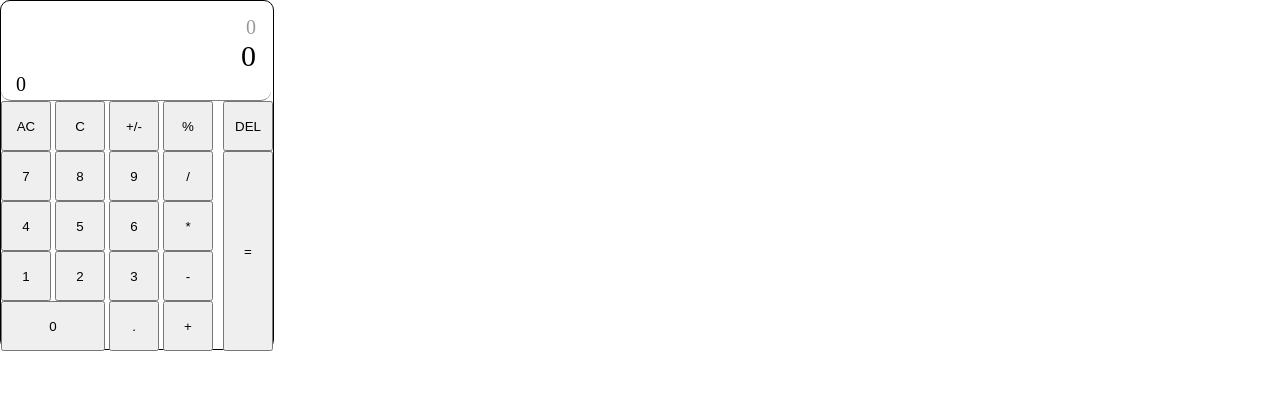
Repository: baziz22/Vanilla_JS_Projects
Page: claculator/index.html
These files come from the project's save history. The page is drawn as it stood at one moment and after the next save; the edit follows.
The browser window is 1280 px wide. The pictures show the whole page.

Above is the page before, as saved 2022-03-02 03:14:43.
Console error: SyntaxError: Malformed arrow function parameter list

### claculator/index.html
<!DOCTYPE html>
<html lang="en">
  <head>
    <meta charset="UTF-8" />
    <meta http-equiv="X-UA-Compatible" content="IE=edge" />
    <meta name="viewport" content="width=device-width, initial-scale=1.0" />
    <link rel="stylesheet" href="style.css" />
    <script src="script.js" defer></script>
    <title>Calculator</title>
  </head>
  <body>
    <div class="container">
      <div class="wrapper">
        <div id="display">
          <div id="equation">0</div>
          <div id="total">0</div>
          <div id="temp-result">0</div>
        </div>
        <div id="buttons">
          <div id="left-side">
            <button class="btn" all-clear>AC</button>
          <button class="btn" last-entity-clear>C</button>
          <button class="btn" operation>+/-</button>
          <button class="btn" operation>%</button>
          <button class="btn" number>7</button>
          <button class="btn" number>8</button>
          <button class="btn" number>9</button>
          <button class="btn" operation>/</button>
          <button class="btn" number>4</button>
          <button class="btn" number>5</button>
          <button class="btn" number>6</button>
          <button classs="btn" operation>*</button>
          <button class="btn" number>1</button>
          <button class="btn" number>2</button>
          <button class="btn" number>3</button>
          <button class="btn" operation">-</button>
          <button class="btn" number id="btn-0">0</button>
          <button class="btn" number dot>.</button>
          <button class="btn" operation>+</button>
          </div>

          <div id="right-side">
            <button class="btn" operation>DEL</button>
            <button class="btn" equal id="equals">=</button>
          </div>












        </div>
      </div>
    </div>
  </body>
</html>

### claculator/style.css
* {
  margin: 0;
  padding: 0;
  box-sizing: border-box;
}
.wrapper {
  border: 1px solid black;
  border-radius: 10px;
  width: 274px;
  height: 350px;
}
#buttons {
  display: flex;
}
button {
  border: 0.25px solid black
  margin: 1px;
  padding: 0;
  width: 50px;
  height: 50px;
}
#equals {
  height: 200px;
}
#btn-0 {
  width: 104px;
}
#display {
  padding: 15px;
  width: 270px;
  height: 100px;
  text-align: right;
  border-bottom: 1px solid gray;
  border-radius: 10px;
}
#equation {
  opacity: 0.4;
  font-size: 20px;
  /* overflow: hidden; */
}
#total {
  font-size: 30px;
}
#temp-result {
  font-size: 20px;
  text-align: left;
}

### claculator/script.js
const output = document.getElementById('output');
const total = document.getElementById('total');
const reset = document.getElementById('ac');
const btn = document.querySelectorAll('.btn');
const operants = ['=', '+', '-', '*', '/'];
const equalOperation = '=';
function clear() {}
function digitDelete() {}
const operantValue = function (arg, operant) {
  let theOperant = '';
  //console.log('args: ', arg);
  operant.forEach((element, i) => {
    //console.log(i + '. ' + element);
    //console.log('opernat: ', operant);
    if (operant[i] === arg[0]) {
      console.log('this is the operant', operant[i]);
      theOperant = operant[i];
    }
  });
  return theOperant;
};

function appendNumber(d) {
  let digits = [];
  let saveOperants = [];
  let saveDigits = [];
  let outputContents = '';
  console.log('print: ', d);
  if (d.value !== equalOperation) {
    digits.push(d.value);
    let g = operantValue(digits, operants);
    console.log('g: ', g);
    //console.log('digits: ', digits);
    output.innerHTML += digits;
    if (d.value !== g) {
      outputContents += output.textContent;
      console.log(outputContents);
      //saveOutputDigit = outputContents;
      //console.log('s: ',saveOutputDigit);
      out = outputContents.concat();
      console.log('out: ', out);
    }
    if (d.value === g) {
      outputContents = '';
      //saveOutputDigit = '';
      saveOperants.push(g);
      saveDigits.push(Number(out));
      console.log('2. OutputContents: ', out);
      console.log('saveDigits: ', saveDigits);
      //reset outputContent\
      console.log('saveOperants: ', saveOperants);
      //operantValue(digits, operants);
    }
  } else {
    compute();
  }
}
function chooseOperation(operation) {}
function compute() {
  console.log('Final Result');
}
function updateDisplay() {}
let out = '';
let saveOutputDigit = '';


  btn.forEach(element => {
    element.addEventListener('click', appendNumber(element) => {element.value});
  });

After the next save:
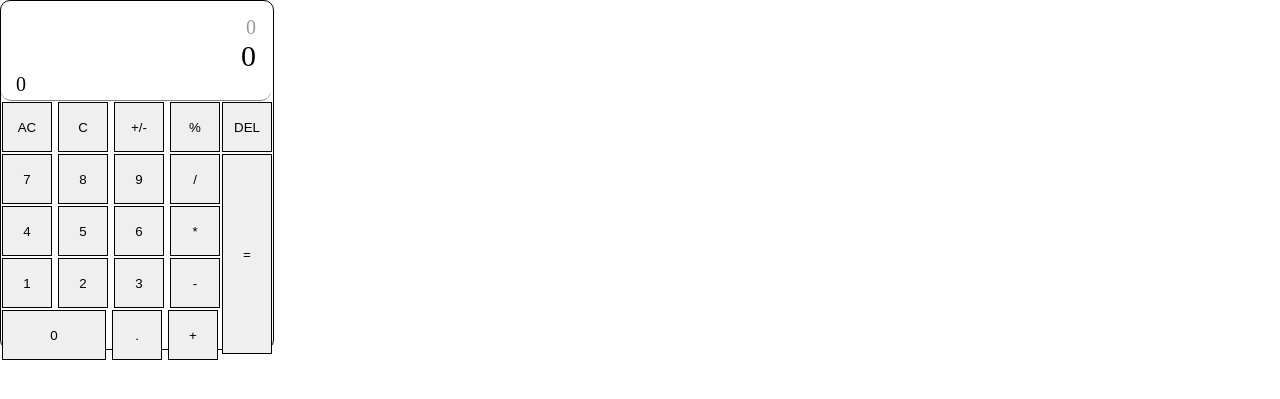
Saved 6 s later.
--- a/claculator/style.css
+++ b/claculator/style.css
@@ -13,7 +13,7 @@
   display: flex;
 }
 button {
-  border: 0.25px solid black
+  border: 0.25px solid black;
   margin: 1px;
   padding: 0;
   width: 50px;
